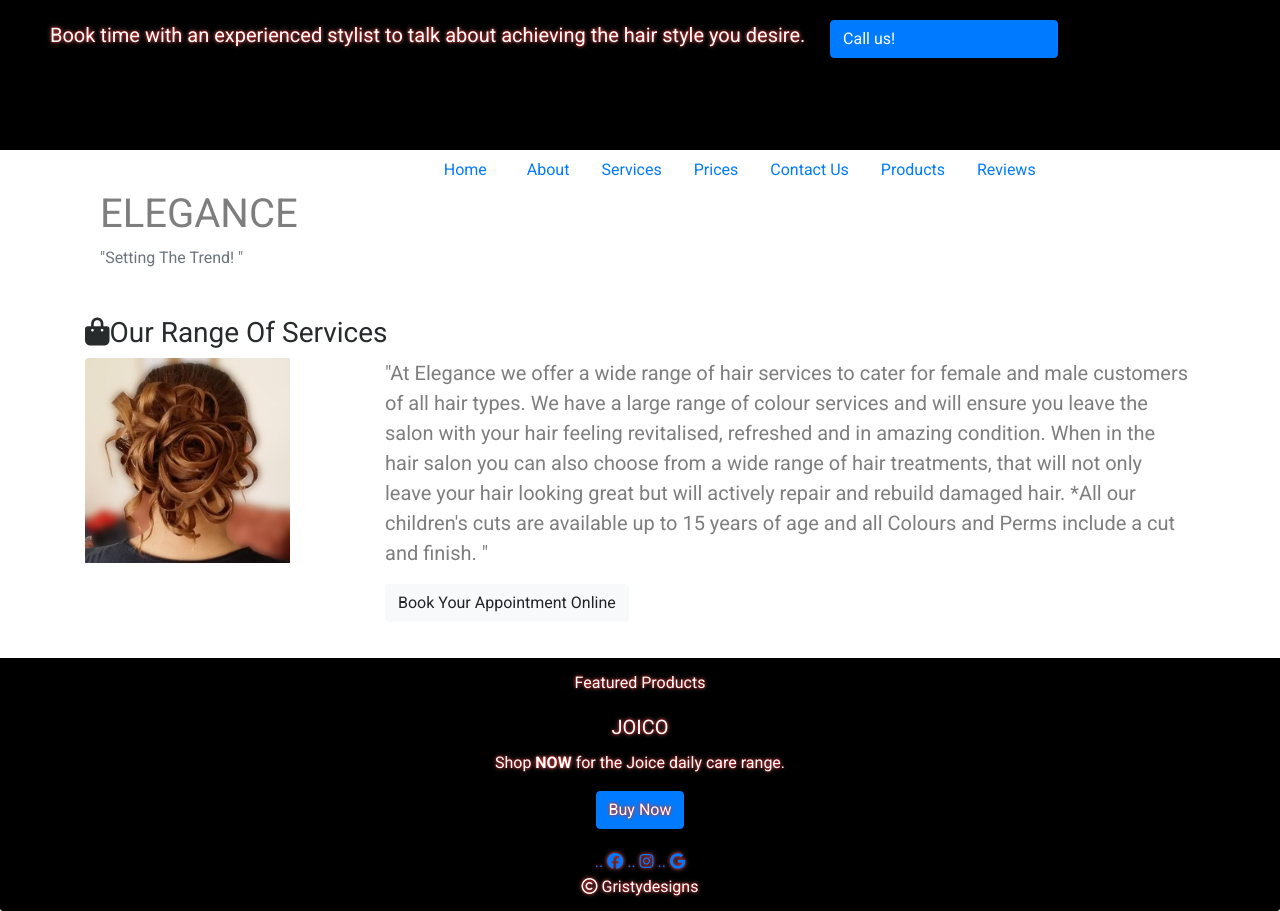
Repository: Gristydesigns/elegance-salon
Page: services.html
The author's editor kept a record of every edit. The page is drawn from the files as they stood at one moment, then again after the next edit.
The browser window is 1280 px wide. The pictures show the whole page.
Some web libraries are served in a nearby version.

Above is the page before.
Console error: TypeError: Cannot read properties of undefined (reading 'fn')

After the next edit:
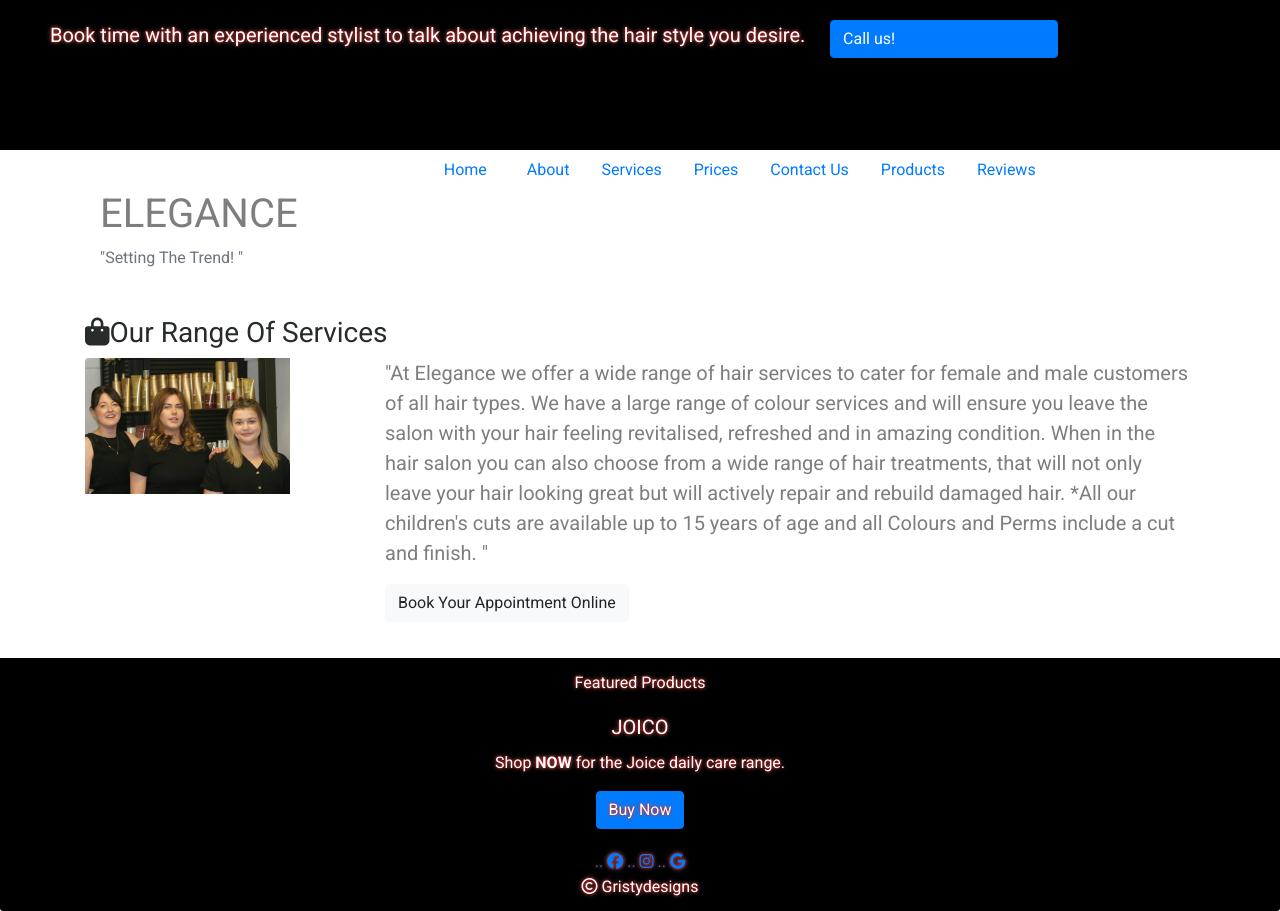
The edit:
--- a/services.html
+++ b/services.html
@@ -73,7 +73,7 @@
      <div class="col-12 ">
       <h3 class="text "><i class="fas fa-shopping-bag "></i>Our Range Of Services </h3>
         <div class="media ">
-        <img src="image/pic4.jpg " class="img-fluid rounded " alt="Responsive image elegance salon  hair image">
+        <img src="image/team.JPG " class="img-fluid rounded " alt="Responsive image elegance salon  hair image">
          </div>
            <blockquote class="blockquote ">
            <p>"At Elegance we offer a wide range of hair services to cater for female and male customers of all hair types. We have a large range of colour services and will ensure you leave the salon with your hair feeling revitalised, refreshed and in amazing condition.
